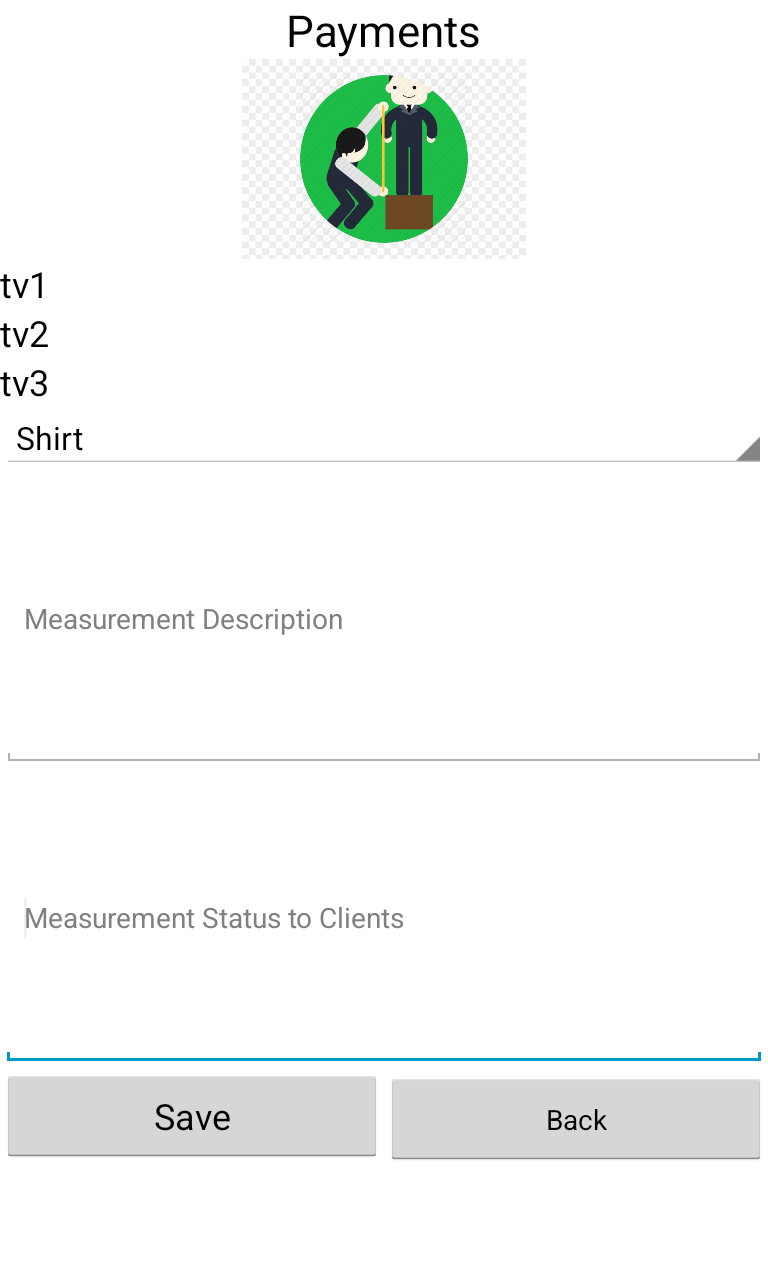
Repository: GowthamS18/Stiching_App
Layout: StitchingAndro/res/layout/payments.xml
An editor plug-in stored every save of this project. The layout is shown before and after the next save, followed by the edit.
It is drawn on a 768 x 1280 px phone screen (xhdpi) without system bars, with theme AppBaseTheme; the app's code is not run.

Above is the layout before, as saved 2024-03-16 02:19:42.

### StitchingAndro/res/layout/payments.xml

<LinearLayout xmlns:android="http://schemas.android.com/apk/res/android"
    android:layout_width="match_parent"
    android:layout_height="match_parent"
    android:layout_marginLeft="5dp"
    android:layout_marginRight="5dp"
    android:orientation="vertical" >

    <!-- Child linear layout with horizontal orientation -->

    <TextView
        android:id="@+id/heading"
        android:layout_width="wrap_content"
        android:layout_height="wrap_content"
        android:layout_gravity="center"
        android:text="Payments"
        android:textAppearance="?android:attr/textAppearanceLarge" />

    <ImageView
        android:id="@+id/imageView1"
        android:layout_width="wrap_content"
        android:layout_height="100dip"
        android:layout_gravity="center"
        android:src="@drawable/measurement" />

<TextView
    android:id="@+id/tv1"
    android:layout_width="match_parent"
    android:layout_height="wrap_content"
    android:text="tv1"
    android:textAppearance="?android:attr/textAppearanceMedium" />

<TextView
    android:id="@+id/tv2"
    android:layout_width="match_parent"
    android:layout_height="wrap_content"
    android:text="tv2"
    android:textAppearance="?android:attr/textAppearanceMedium" />

<TextView
    android:id="@+id/tv3"
    android:layout_width="match_parent"
    android:layout_height="wrap_content"
    android:text="tv3"
    android:textAppearance="?android:attr/textAppearanceMedium" />

	<Spinner
                android:id="@+id/spinner1"
                android:layout_width="match_parent"
                android:layout_height="wrap_content"
                android:ems="15"
                 android:textColor="@color/white"
                 android:entries="@array/designCat"
				/>

	<EditText
	    android:id="@+id/ed1"
	    android:layout_width="match_parent"
	    android:layout_height="wrap_content"
	    android:ems="10"
	    android:hint="Measurement Description"
	    android:lines="8"
	    android:textSize="14sp" >
    	<requestFocus />
	</EditText>

	<EditText
	    android:id="@+id/ed2"
	    android:layout_width="match_parent"
	    android:layout_height="wrap_content"
	    android:ems="10"
	    android:hint="Measurement Status to Clients"
	    android:lines="8"
	    android:textSize="14sp" >
    	<requestFocus />
	</EditText>


<LinearLayout
    android:layout_width="match_parent"
    android:layout_height="wrap_content" >
    <Button
        android:id="@+id/button1"
        android:layout_width="match_parent"
        android:layout_height="wrap_content"
        android:onClick="AddtoCart"
        android:layout_weight="1"
        android:text="Save" />

    <Button
        android:id="@+id/button2"
        style="?android:attr/buttonStyleSmall"
        android:layout_width="match_parent"
         android:onClick="back"
        android:layout_height="wrap_content"
         android:layout_weight="1"
        android:text="Back" />

</LinearLayout>

</LinearLayout>

### StitchingAndro/res/values/colors.xml
<?xml version="1.0" encoding="utf-8"?>
<resources>
    <color name="white">#ffffff</color>
    <color name="bg_gradient_start">#31244e</color>
    <color name="bg_gradient_end">#6b394c</color>
    <color name="black">#111111</color>
    <color name="red">#E10625</color>
    <color name="lightred">#ff5235</color>
     <color name="green">#21AF05</color>
      <color name="blue">#bee4ec</color>
       <color name="gray">#DCDCDC</color>


</resources>

### StitchingAndro/res/values/strings.xml
<?xml version="1.0" encoding="utf-8"?>
<resources>

    <string name="app_name">Thread Express</string>
    <string name="action_settings">Settings</string>
    <string name="hello_world">Hello world!</string>
    <string name="title_activity_home">Home</string>
    <string name="title_activity_home_page">HomePage</string>
    <string name="title_activity_edit_profile">Add to Cart</string>
    <string name="title_activity_test">Test</string>
    <string name="title_activity_request">RequestActivity</string>
    <string name="planet_prompt">Choose a planet</string>

    <string-array name="cat">
        <item>Mens </item>
        <item>Womens</item>
        <item>Kids </item>
        <item>All </item>
    </string-array>
    <string-array name="designCat">
        <item>Shirt </item>
        <item>Pant</item>
        <item>Suits </item>
        <item>Kurtha </item>
        <item>Chudithar </item>
        <item>Blouse </item>
        <item>Alteration </item>
    </string-array>
    <string-array name="district">
        <item>Ariyalur</item>
        <item>Chengalpattu</item>
        <item>Chennai</item>
        <item>Coimbatore</item>
        <item>Cuddalore</item>
        <item>Dharmapuri</item>
        <item>Dindigul</item>
        <item>Erode</item>
        <item>Kallakurichi</item>
        <item>Kancheepuram</item>
        <item>Karur</item>
        <item>Krishnagiri</item>
        <item>Madurai</item>
        <item>Mayiladuthurai</item>
    </string-array>
    <string-array name="location">
        <item>Pollachi </item>
        <item>Kinathukadavu</item>
        <item>Echanari</item>
        <item>Thudiyalur</item>
        <item>Saravanampatti</item>
        <item>Annur </item>
        <item>Mettupalayam </item>
    </string-array>
    <string-array name="gender">
        <item>Male</item>
        <item>Female</item>
        <item>TG</item>
    </string-array>

    <string name="title_activity_selection">Selection</string>
    <string name="title_activity_ratings">Ratings</string>
    <string name="title_activity_login_select">Thread Express</string>
    <string name="title_activity_stu_login">Login</string>
    <string name="title_activity_stu_register">Register</string>
    <string name="title_activity_stu_home">Home</string>
    <string name="title_activity_check_out">CheckOut</string>
    <string name="title_activity_view_single_prod">ViewSingleProd</string>
    <string name="title_activity_vendor_registration">VendorRegistration</string>
    <string name="title_activity_vendor_login">VendorLogin</string>
    <string name="title_activity_vendor_home">VendorHome</string>
    <string name="title_activity_view_orders">ViewOrders</string>
    <string name="title_activity_view_measurements">ViewMeasurements</string>
    <string name="title_activity_view_payments">ViewPayments</string>
    <string name="title_activity_update_status">UpdateStatus</string>
    <string name="title_activity_add_measurement">AddMeasurement</string>
    <string name="title_activity_my_orders">MyOrders</string>
    <string name="title_activity_cust_view_measurements">CustViewMeasurements</string>
    <string name="title_activity_user_home">UserHome</string>
    <string name="title_activity_payments">Payments</string>
    <string name="title_activity_view_status">ViewStatus</string>

</resources>

Loaded but not shown: StitchingAndro/res/values-v11/styles.xml (common file); StitchingAndro/res/values-v14/styles.xml (common file); StitchingAndro/res/values/styles.xml (common file)

After the next save:
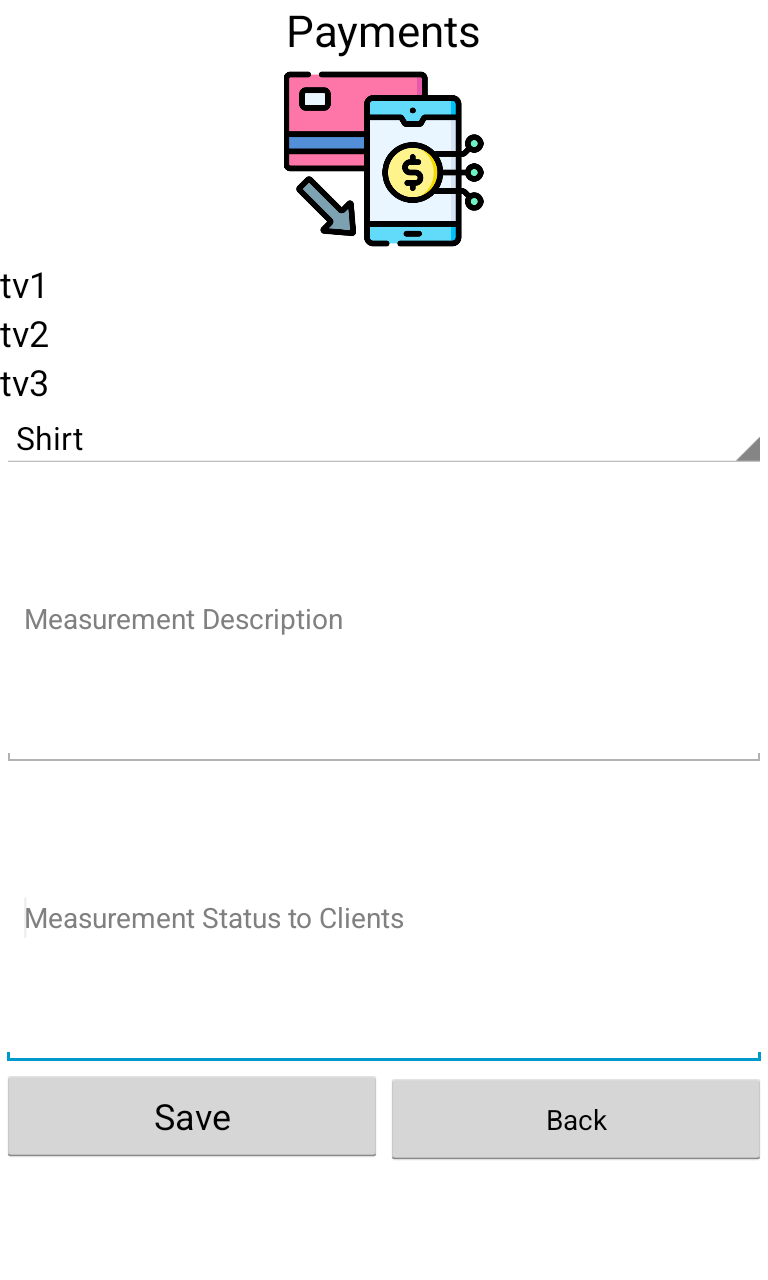
Saved 13 s later.
--- a/StitchingAndro/res/layout/payments.xml
+++ b/StitchingAndro/res/layout/payments.xml
@@ -21,7 +21,7 @@
         android:layout_width="wrap_content"
         android:layout_height="100dip"
         android:layout_gravity="center"
-        android:src="@drawable/measurement" />
+        android:src="@drawable/payments" />
 
 <TextView
     android:id="@+id/tv1"
